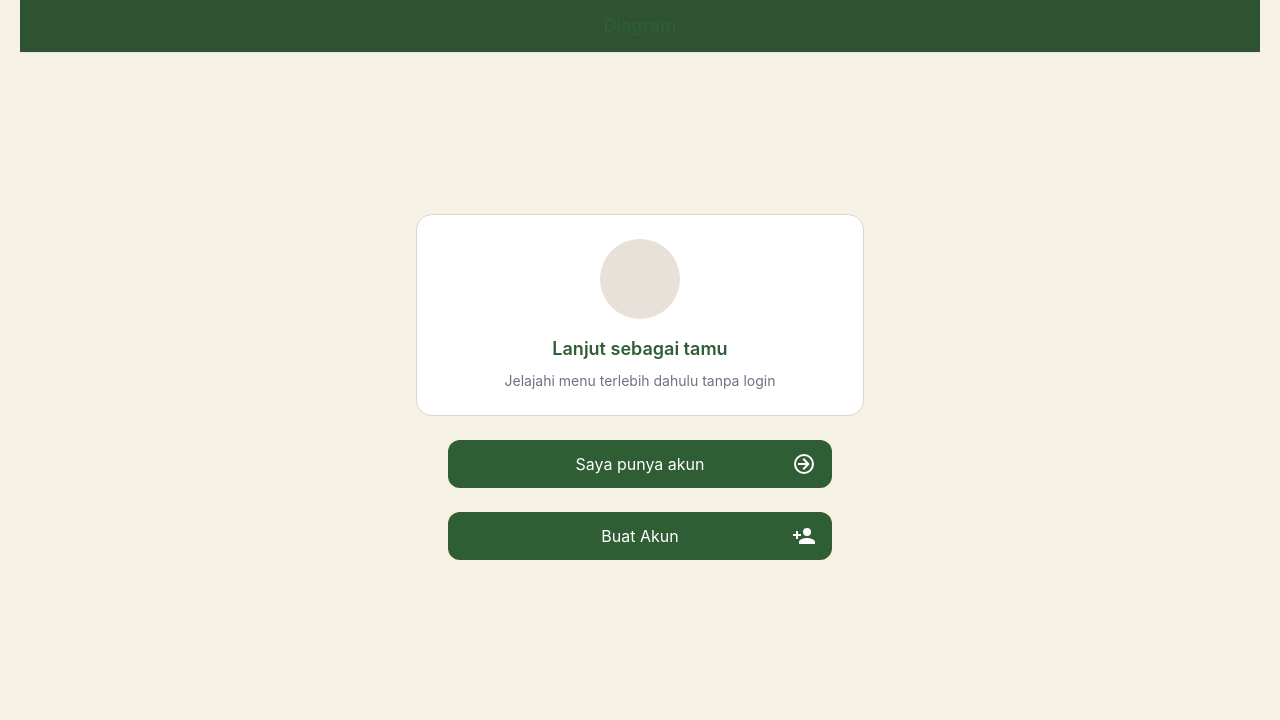
Repository: PajarAland/DiagramCoffee
Page: /
The author's editor kept a copy of each file at every save. The page is drawn from the files as they stood at one save, then again after the next save.
The browser window is 1280 px wide. The pictures show the whole page.
The page's requests for data from a server got no answer. The project was rebuilt for these pictures with package versions that can differ from the ones it lists, and the page was loaded fresh each time. Some packages were replaced by stand-ins written for this rebuild. No one was signed in, and anything a server would have sent is missing. Also part of the build but not shown: vite.config.js, src/pages/Login.jsx, src/pages/Register.jsx, src/pages/Home.jsx, src/auth/ProtectedRoute.jsx.

Above is the page before, as saved 2026-04-26 18:00:15.

### index.html
<!doctype html>
<html lang="en">
  <head>
    <meta charset="UTF-8" />
    <link rel="icon" type="image/svg+xml" href="/favicon.svg" />
    <meta name="viewport" content="width=device-width, initial-scale=1.0" />
    <title>diagramcoffee</title>
  </head>
  <body>
    <div id="root"></div>
    <script type="module" src="/src/main.jsx"></script>
  </body>
</html>

### src/index.css
@tailwind base;
@tailwind components;
@tailwind utilities;

body {
  @apply font-sans;
}

### src/App.jsx
import { BrowserRouter, Routes, Route } from "react-router-dom";
import Landing from "./pages/Landing";
import Login from "./pages/Login";
import Register from "./pages/Register";
import Home from "./pages/Home";
import ProtectedRoute from "./auth/ProtectedRoute";
import { AuthProvider } from "./context/AuthContext";

function App() {
  return (
    <AuthProvider>
      <BrowserRouter>
        <Routes>
          <Route path="/" element={<Landing />} />
          <Route path="/login" element={<Login />} />
          <Route path="/register" element={<Register />} />

          <Route
            path="/home"
            element={
              <ProtectedRoute>
                <Home />
              </ProtectedRoute>
            }
          />
        </Routes>
      </BrowserRouter>
    </AuthProvider>
  );
}

export default App;

### src/pages/Landing.jsx
import { useNavigate } from "react-router-dom";
import { Link } from "react-router-dom";
import Navbar from "../components/ui/Navbar";
import arrowIconWhite from "../assets/mdi--arrow-right-thin-circle-outline-white.svg";
import accountAddWhite from "../assets/mdi--account-add-white.svg";

function Landing() {
  const navigate = useNavigate();

  return (
    <div className="min-h-screen bg-[#F5F1E5] flex flex-col items-center justify-center px-5">

      <Navbar title="Diagram" />

      <div className="flex flex-col items-center justify-center flex-1 w-full">

        {/* <h1 className="text-3xl font-bold text-[#2F5D34] mb-6">
          Diagram
        </h1> */}

        <div className="bg-white rounded-2xl p-6 w-full max-w-md text-center border border-[#DDD6CE]">
          <div className="w-20 h-20 bg-[#E8E1D9] rounded-full mx-auto mb-4"></div>

          <Link to="/homeGuest" className="text-[#2F5D34] text-lg font-semibold hover:underline">
            Lanjut sebagai tamu
          </Link>

          <p className="text-gray-500 text-sm mt-2">
            Jelajahi menu terlebih dahulu tanpa login
          </p>
        </div>

        {/* <button onClick={() => navigate("/login")} className="mt-6 w-full max-w-md bg-[#2F5D34] text-white py-3 rounded-xl">
          Saya punya akun
        </button> */}

        <button
          onClick={() => navigate("/login")}
          className="mt-6 w-10/12 max-w-sm bg-[#2F5D34] text-white py-3 rounded-xl relative flex items-center justify-center"
        >
          <span className="text-center">Saya punya akun</span>

          <img
            src={arrowIconWhite}
            alt="arrow"
            className="w-6 h-6 absolute right-4"
          />
        </button>

        {/* <button onClick={() => navigate("/register")} className="mt-3 w-full max-w-md bg-[#446D48] text-white py-3 rounded-xl">
          Buat Akun
        </button> */}

        <button
          onClick={() => navigate("/register")}
          className="mt-6 w-10/12 max-w-sm bg-[#2F5D34] text-white py-3 rounded-xl relative flex items-center justify-center"
        >
          <span className="text-center">Buat Akun</span>

          <img
            src={accountAddWhite}
            alt="account add"
            className="w-6 h-6 absolute right-4"
          />
        </button>
      </div>
    </div>
  );
}

export default Landing;

### src/context/AuthContext.jsx
import { createContext, useContext, useEffect, useState } from "react";
import API from "../services/api";

const AuthContext = createContext();

export function AuthProvider({ children }) {
  const [user, setUser] = useState(null);
  const [initialized, setInitialized] = useState(false); // penting

  // ambil user sekali saat app start (background)
  const fetchUser = async () => {
    try {
      const res = await API.get("/api/user");
      setUser(res.data.data);
    } catch {
      setUser(null);
    } finally {
      setInitialized(true);
    }
  };

  useEffect(() => {
    fetchUser();
  }, []);

  const refreshUser = async () => {
  try {
    const res = await API.get("/api/user");
    setUser(res.data.data);
  } catch {
    setUser(null);
  } finally {
    setInitialized(true);
  }
};

  const login = (userData) => {
    setUser(userData);
  };

  const logout = async () => {
    await API.post("/api/logout");
    setUser(null);
  };

  return (
    <AuthContext.Provider
      value={{
        user,
        setUser,
        login,
        logout,
        initialized, // status auth selesai dicek
        refreshUser, // fungsi untuk refresh data user
      }}
    >
      {children}
    </AuthContext.Provider>
  );
}

export const useAuth = () => useContext(AuthContext);

### src/components/ui/NavBar.jsx
import { useNavigate } from "react-router-dom";

function Navbar({ title = "Diagram", showBack = false }) {
    const navigate = useNavigate();

    return (
        <div className="w-full bg-[#2F5231] border-b px-4 py-3 flex items-center justify-center relative">

        {/* Back button (optional) */}
        {showBack && (
            <button
            onClick={() => navigate(-1)}
            className="absolute left-4 text-[#2F5D34]"
            >
            ←
            </button>
        )}

        {/* Title */}
        <h1 className="text-lg font-semibold text-[#2F5D34]">
            {title}
        </h1>
        </div>
    );
}

export default Navbar;

### src/services/api.js
import axios from "axios";

const API = axios.create({
  baseURL: "http://localhost:8000",
  withCredentials: true,

  headers: {
    Accept: "application/json",
  },
});

// 🔥 INI YANG SELAMA INI KURANG
API.interceptors.request.use((config) => {
  const token = document.cookie
    .split("; ")
    .find(row => row.startsWith("XSRF-TOKEN="))
    ?.split("=")[1];

  if (token) {
    config.headers["X-XSRF-TOKEN"] = decodeURIComponent(token);
  }

  return config;
});

export default API;

### tailwind.config.js
/** @type {import('tailwindcss').Config} */
export default {
  content: [
    "./index.html",
    "./src/**/*.{js,jsx,ts,tsx}",
  ],
  theme: {
    fontFamily: {
      sans: ["Inter", "ui-sans-serif", "system-ui"],
    },
    extend: {},
  },
  plugins: [],
}

Loaded but not shown: src/main.jsx (common file)

After the next save:
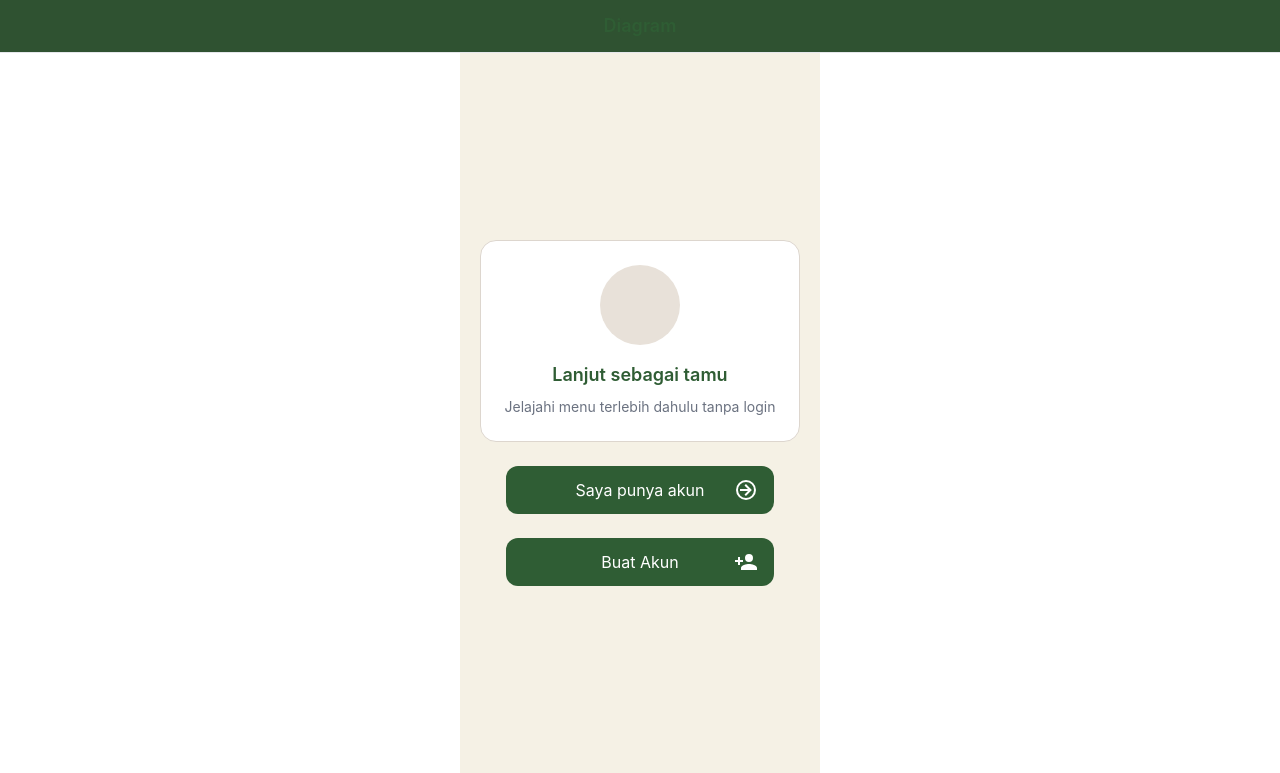
Saved 104 s later.
--- a/src/pages/Landing.jsx
+++ b/src/pages/Landing.jsx
@@ -8,11 +8,12 @@
   const navigate = useNavigate();
 
   return (
-    <div className="min-h-screen bg-[#F5F1E5] flex flex-col items-center justify-center px-5">
+    <div className="flex flex-col items-center justify-center flex-1 w-full">
+
 
       <Navbar title="Diagram" />
 
-      <div className="flex flex-col items-center justify-center flex-1 w-full">
+      <div className="min-h-screen bg-[#F5F1E5] flex flex-col items-center justify-center px-5">
 
         {/* <h1 className="text-3xl font-bold text-[#2F5D34] mb-6">
           Diagram

After the 2 saves that followed:
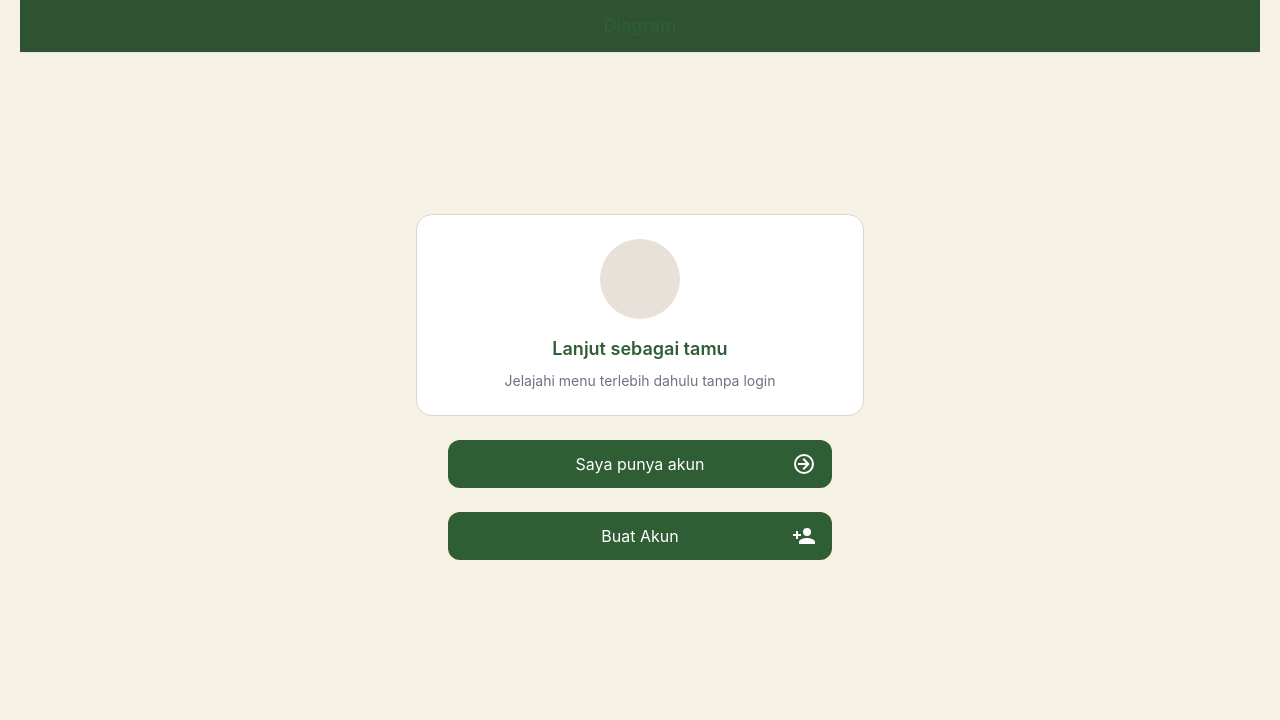
The 2 saves are shown as one change because 1 left the picture as it was.
The last was saved 92 s later.
--- a/src/pages/Landing.jsx
+++ b/src/pages/Landing.jsx
@@ -8,12 +8,11 @@
   const navigate = useNavigate();
 
   return (
-    <div className="flex flex-col items-center justify-center flex-1 w-full">
-
+    <div className="min-h-screen bg-[#F5F1E5] flex flex-col items-center justify-center px-5">
 
       <Navbar title="Diagram" />
 
-      <div className="min-h-screen bg-[#F5F1E5] flex flex-col items-center justify-center px-5">
+      <div className="flex flex-col items-center justify-center flex-1 w-full">
 
         {/* <h1 className="text-3xl font-bold text-[#2F5D34] mb-6">
           Diagram
